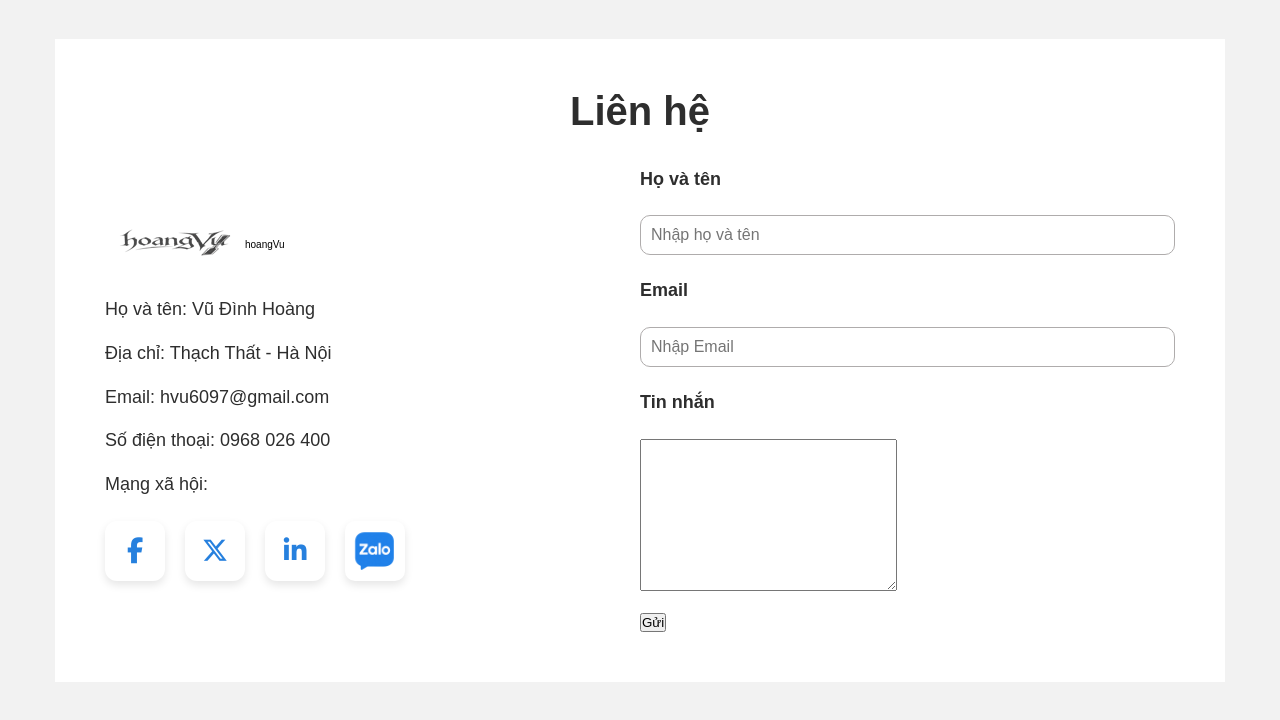
Repository: hoang28092000/portfolio
Page: pages/contact.html
These files come from the project's save history. The page is drawn as it stood at one moment and after the next save; the edit follows.
The browser window is 1280 px wide. The pictures show the whole page.

Above is the page before, as saved 2025-04-11 23:39:31.

After the next save:
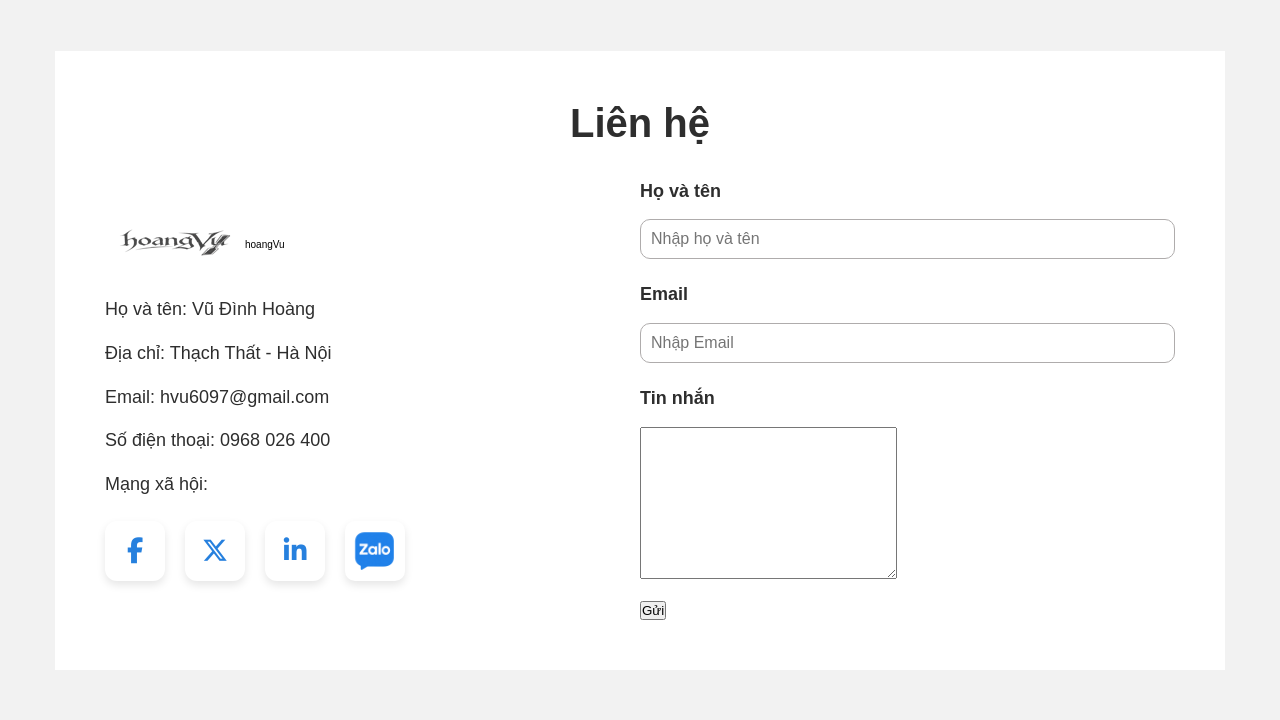
Saved 5 s later.
--- a/css/pages.css
+++ b/css/pages.css
@@ -274,7 +274,7 @@ html {
     color: #2e2e2e;
     line-height: 1.76;
     font-weight: 600;
-    margin-bottom: 20px;
+    margin-bottom: 12px;
 }
 .input-contact input{
     width: 100%;
